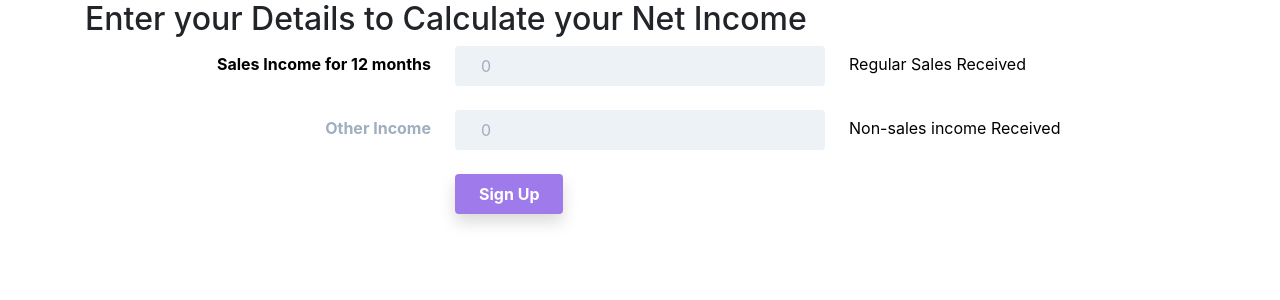
Repository: latenightsnacc/Financial-Forecast
Page: financial-forecast.html
These files come from the project's save history. The page is drawn as it stood at one moment and after the next save; the edit follows.
The browser window is 1280 px wide. The pictures show the whole page.

Above is the page before, as saved 2020-11-15 11:40:03.

After the next save:
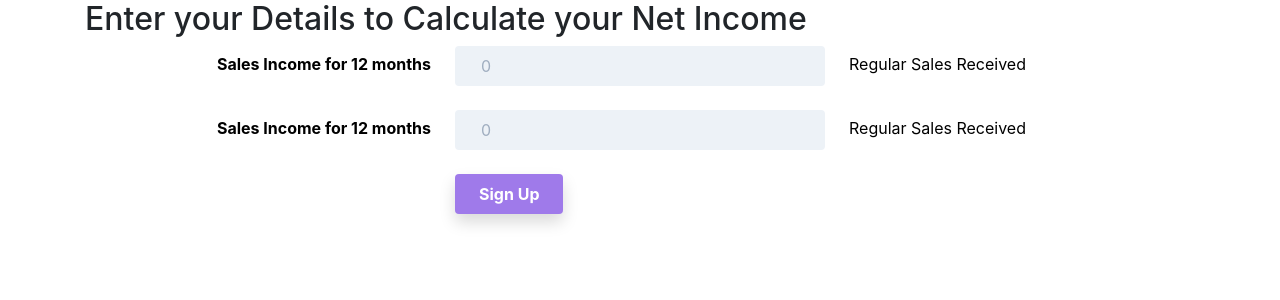
Saved 31 s later.
--- a/financial-forecast.html
+++ b/financial-forecast.html
@@ -40,19 +40,19 @@
                 </div>
                 <!--Other Income-->
                 <div class="md:flex md:items-center mb-6">
-                  <div class="md:w-1/3">
-                    <label class="block text-gray-500 font-bold md:text-right mb-1 md:mb-0 pr-4" for="inline-password">
-                      Other Income
-                    </label>
-                  </div>
-                  <div class="md:w-1/3">
-                    <input class="bg-gray-200 appearance-none border-2 border-gray-200 rounded w-full py-2 px-4 text-gray-700 leading-tight focus:outline-none focus:bg-white focus:border-grey-500" id="inline-password" type="text" placeholder="0">
-                  </div>
-                  <div class="md:w-1/3">
-                    <label class="block text-black font-500 md:text-right mb-1 md:mb-0 pl-4 float-left" for="inline-full-name" >
-                      Non-sales income Received
-                    </label>
-                  </div>
+                    <div class="md:w-1/3">
+                      <label class="block text-black font-bold md:text-right mb-1 md:mb-0 pr-4" for="inline-full-name" placeholder="0">
+                        Sales Income for 12 months
+                      </label>
+                    </div>
+                    <div class="md:w-1/3">
+                      <input class="bg-gray-200 appearance-none border-2 border-gray-200 rounded w-full py-2 px-4 text-gray-700 leading-tight focus:outline-none focus:bg-white focus:border-grey-500" id="inline-full-name" type="text" placeholder="0">
+                    </div>
+                    <div class="md:w-1/3">
+                      <label class="block text-black font-500 md:text-right mb-1 md:mb-0 pl-4 float-left" for="inline-full-name" >
+                        Regular Sales Received
+                      </label>
+                    </div>
                 </div>
 
                 <div class="md:flex md:items-center">
